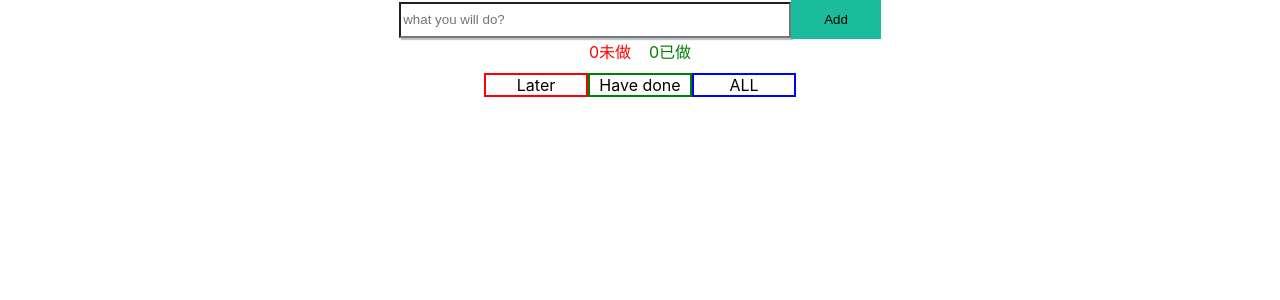
Repository: yurensmile/todolist
Page: /
These files come from the project's save history. The page is drawn as it stood at one moment and after a run of saves; the edit follows.
The browser window is 1280 px wide. The pictures show the whole page.
The project was rebuilt for these pictures with package versions that can differ from the ones it lists, and the page was loaded fresh each time. Also part of the build but not shown: src/All.js, src/HaveDone.js.

Above is the page before, as saved 2019-03-20 17:07:33.

After the next 2 saves:
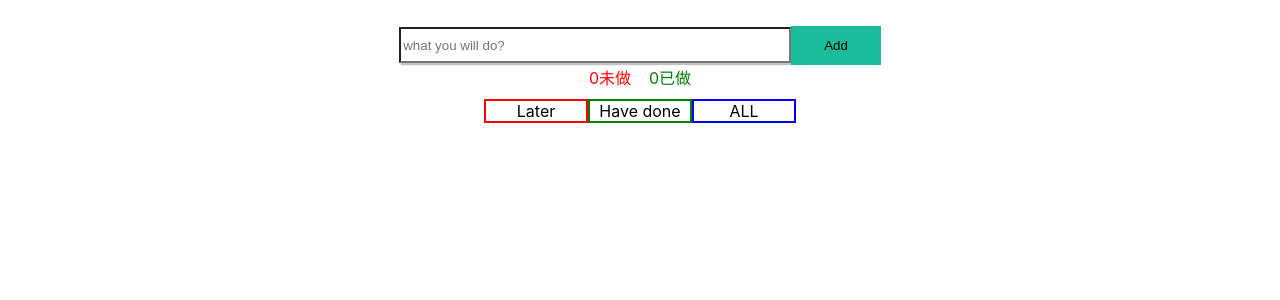
The 2 saves are shown as one change because they came seconds apart.
The last was saved 24 s later.
--- a/src/App.css
+++ b/src/App.css
@@ -1,4 +1,5 @@
 .App {
+  margin-top: 2%;
   text-align: center;
 }
 
